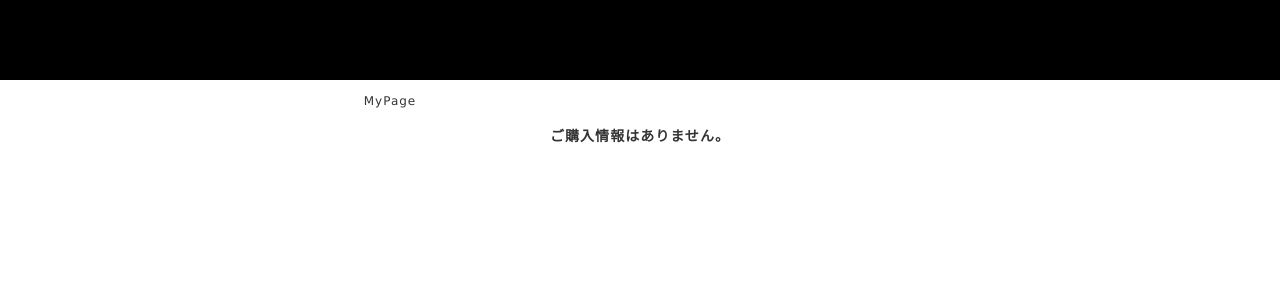
Repository: hiranatsu/ECtest
Page: http://localhost/ecsite/myPage.jsp
The author's editor kept a copy of each file at every save. The page is drawn from the files as they stood at one save, then again after the next save.
The browser window is 1280 px wide. The pictures show the whole page.
The page is served by Tomcat 9. Other server files are loaded and not shown.

Above is the page before, as saved 2018-09-10 07:28:50.

### ecsite/WebContent/myPage.jsp
<%@ page language="java" contentType="text/html; charset=UTF-8"
    pageEncoding="UTF-8"%>
<%@ taglib prefix="s" uri="/struts-tags" %>
<!DOCTYPE html>
<html>
<head>
	<meta http-equiv="Content-Type" content="text/html; charset=UTF-8"/>
	<meta http-equiv="Content-Style-Type" content="text/css"/>
	<meta http-equiv="Content-Script-Type" content="text/javascript"/>
	<meta http-equiv="itemtoolbar" content="no"/>
	<meta name="description" content=""/>
	<meta name="keywords" content=""/>
	<title>MyPage画面</title>

	<style type="text/css">
	/*==========TAG LAYOUT==========*/
	body{
	margin:0;
	padding:0;
	line-height:1.6;
	letter-spacing:1px;
	font-family:Verdana, Helvetica, sans-serif;
	font-size:12px;
	color:#333;
	background:#fff;
	}

	table{
	text-align:center;
	margin:0 auto;
	}

	/*==========ID LAYOUT==========*/
	#top{
	width:780px;
	margin:30px auto
	border:1px solid #333;
	}

	#header{
	width:100%;
	height:80px;
	background-color:black;
	}

	#main{
	width:100%;
	height:500px;
	text-align:center;
	}

	#footer{
	width:100%;
	height:80px;
	background-color:black;
	clear:both;
	}

	#text-right{
	display:inline-block;
	text-align:right;
	}
	</style>

</head>
<body>
	<div id="header">
		<div id="pr">
		</div>
	</div>
	<div id="main">
		<div id="top">
			<p>MyPage</p>
		</div>
		<div>
		<s:if test="mayPageList == null">
			<h3>ご購入情報はありません。</h3>
		</s:if>
		<s:elseif test="message == null">
			<h3>ご購入情報灰化になります。</h3>
			<table border="1">
			<tr>
				<th>商品名</th>
				<th>値段</th>
				<th>購入個数</th>
				<th>支払い方法</th>
				<th>購入日</th>
			</tr>
			</table>
		</s:elseif>
		</div>
	</div>
</body>
</html>

After the next save:
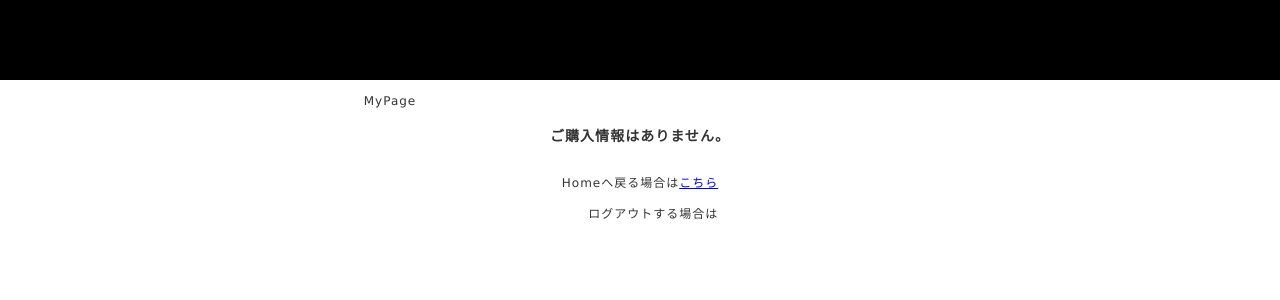
Saved 8 min 45 s later.
--- a/ecsite/WebContent/myPage.jsp
+++ b/ecsite/WebContent/myPage.jsp
@@ -86,8 +86,28 @@
 				<th>支払い方法</th>
 				<th>購入日</th>
 			</tr>
+			<s:iterator value="myPageList">
+				<tr>
+					<td><s:property value="itemName"/></td>
+					<td><s:property value="totalPrice"/><span>円</span></td>
+					<td><s:property value="totalCount"/><span>個</span></td>
+					<td><s:property value="payment"/></td>
+					<td><s:property value="insert_date"/></td>
+				</tr>
+			</s:iterator>
 			</table>
+			<s:form action="MyPageAction">
+				<input type="hidden" name="deleteFlg" value="1">
+				<s:submit value="削除" method="delete"/>
+			</s:form>
 		</s:elseif>
+		<s:if test="message != null">
+			<h3><s:property value="message"/></h3>
+		</s:if>
+		<div id="text-right">
+			<p>Homeへ戻る場合は<a href='<s:url action="GoHomeAction"/>'>こちら</a></p>
+			<p>ログアウトする場合は<a href='<s;url action="LogoutAction"/>'></a></p>
+		</div>
 		</div>
 	</div>
 </body>
